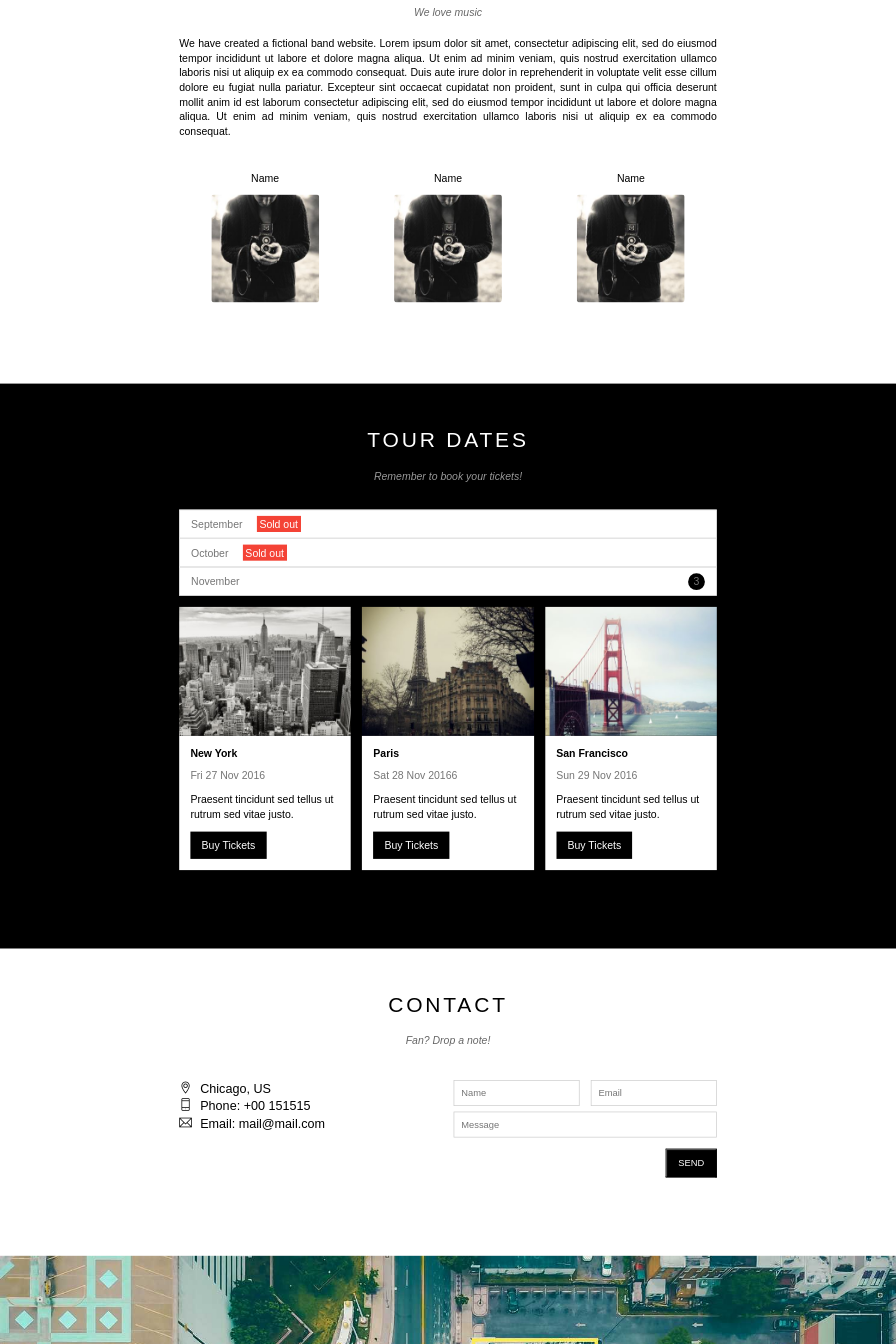
Repository: BrandonTuan777/The_Band
Page: index.html
These files come from the project's save history. The page is drawn as it stood at one moment and after a run of saves; the edit follows.
The browser window is 1280 px wide. The pictures show the part of the page from y = 800 to 2720 px (the page is 3508 px tall before and 3524 px after), at 70% of full size.

Above is the page before, as saved 2022-04-12 21:21:08.
Console error: ReferenceError: member is not defined

After the next 2 saves:
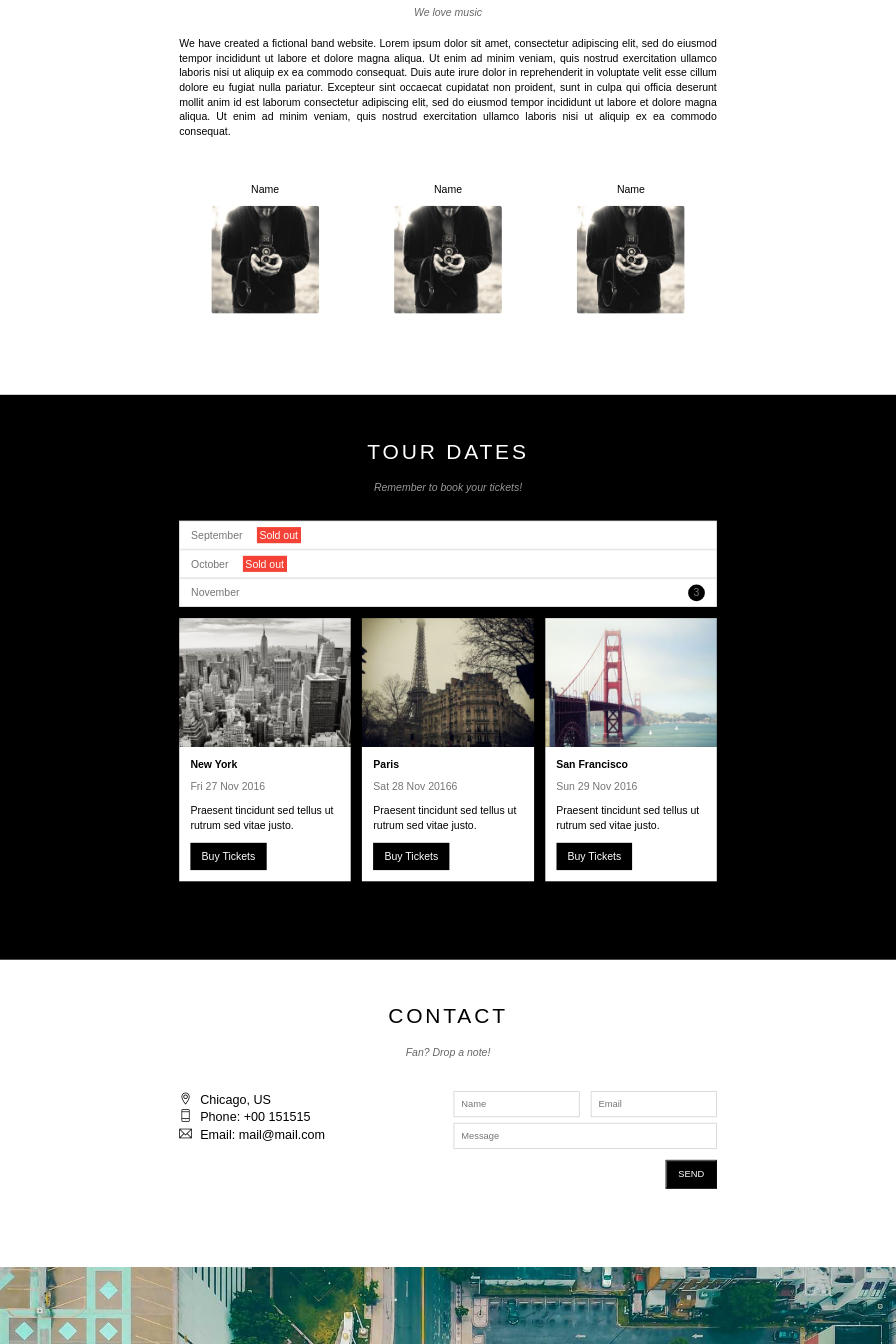
The 2 saves are shown as one change because they came seconds apart.
The last was saved 7 s later.
--- a/index.html
+++ b/index.html
@@ -80,7 +80,7 @@
             ea commodo consequat.
           </p>
           <div class="row member-list">
-            <div class=" member-item text-center col col-third">
+            <div class=" member-item text-center col col-third mt-16">
             <p class="member-name">Name</p>
               <img
                 class="member-img"
@@ -88,7 +88,7 @@
                 alt=""
               />
             </div>
-            <div class=" member-item text-center col col-third">
+            <div class=" member-item text-center col col-third mt-16">
               <p class="member-name">Name</p>
               <img
                 class="member-img"
@@ -96,7 +96,7 @@
                 alt=""
               />
             </div>
-            <div class=" member-item text-center col col-third">
+            <div class=" member-item text-center col col-third mt-16">
               <p class="member-name">Name</p>
               <img
                 class="member-img"
